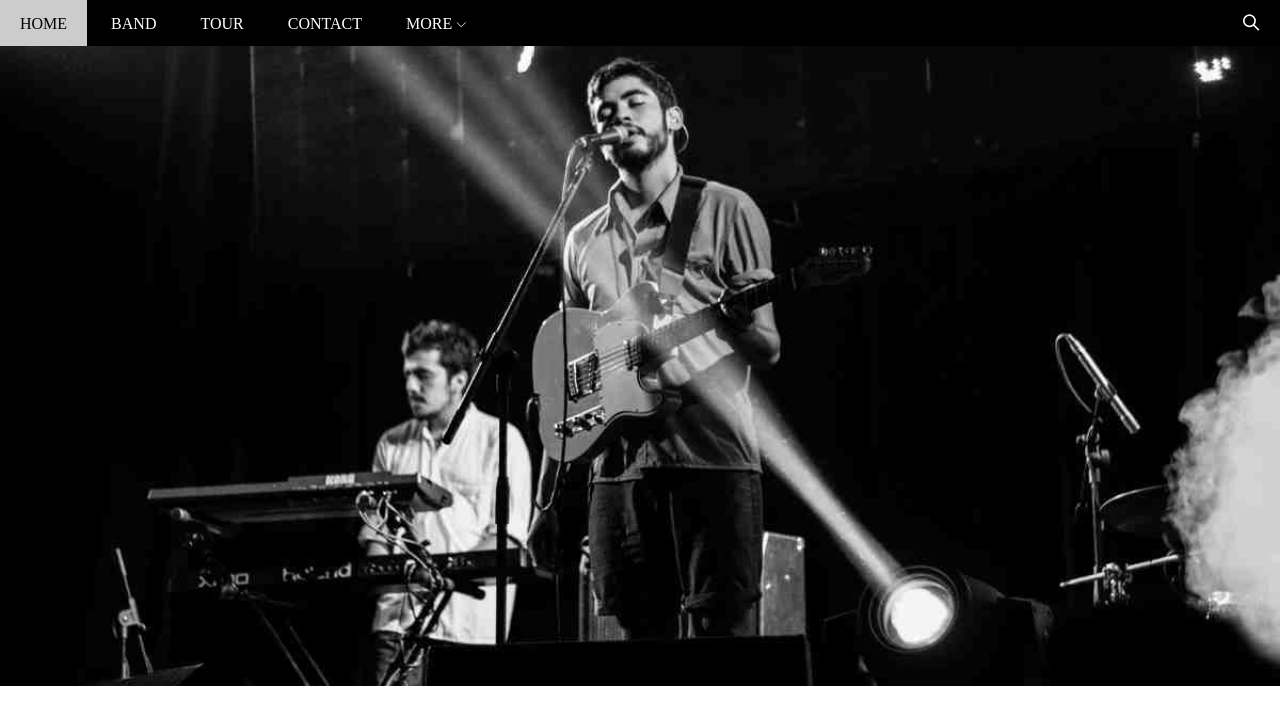
Repository: Dino0411/Dino0411.github.io
Page: index.html
An editor plug-in stored every save of this project. The page is shown before and after the next save, followed by the edit.
The browser window is 1280 px wide. The pictures show the whole page.

Above is the page before, as saved 2021-10-04 00:01:00.

### index.html
<!DOCTYPE html>
<html lang="en">
<head>
    <meta charset="UTF-8">
    <meta http-equiv="X-UA-Compatible" content="IE=edge">
    <meta name="viewport" content="width=device-width, initial-scale=1.0">
    <link rel="stylesheet" href="./assets/css/style.css">
    <link rel="stylesheet" href="./assets/fonts/themify-icons/themify-icons.css">
    <title>Document</title>
</head>
<body>
    <div id="main">
        <!-- TODO:header -->
        <div id="header">
            <!-- TODO:begin nav -->
            <ul id="nav">
                <li><a href="">Home</a></li>
                <li><a href="">Band</a></li>
                <li><a href="">Tour</a></li>
                <li><a href="">Contact</a></li>
                <li>
                    <a href="">
                        More
                        <i class="nav-arrow-down ti-angle-down"></i>
                    </a>
                    <ul class="subnav">
                        <li><a href="">Merchandise</a></li>
                        <li><a href="">Extras</a></li>
                        <li><a href="">Media</a></li>
                    </ul>
                </li>
            </ul>
            <!-- TODO:end nav -->

            <!-- TODO:begin search -->
            <div class="search-bth">
                <i class="search-icon  ti-search"></i>
            </div>
            <!-- TODO:end search -->
        </div>
        <!-- TODO:slider -->
        <div id="slider">

        </div>
        <!-- TODO:content -->
        <div id="content">

        </div>
        <!-- TODO:footer -->
        <div id="footer">

        </div>
    </div>
</body>
</html>

### assets/css/style.css
/* ! reser css
    ! Emmet(p0;m0)
*/
* {
  margin: 0;
  padding: 0;
  box-sizing: border-box;
}

html {
  font-family: cursive;
}
/* TODO:start
TODO: từ ngoài vào trong
TODO: từ trên xuống dưới
TODO:tổng quan đến chi tiết
*/

/*
? vị trí
? kích thước(width,height)
? màu sắc
? kiểu dáng(kiểu chữ,...)
*/
#main {
}
#header {
  position: fixed;
  top: 0;
  left: 0;
  right: 0;
  height: 47px;
  background-color: #000;
}
#nav {
  display: inline-block;
}
#nav,
.subnav {
  list-style: none;
}
#nav > li {
  display: inline-block;
  position: relative;
}
#nav > li > a {
  color: #fff;
  text-transform: uppercase;
}
#nav li a {
  text-decoration: none;
  padding: 0px 20px;
  line-height: 47px;
}
#nav li:hover .subnav {
  display: block;
}
#nav > li:hover > a,
#nav .subnav a:hover {
  color: #000;
  background-color: #ccc;
  display: block;
}
#nav .subnav {
  display: none;
  position: absolute;
  top: 100%;
  left: 0;
  min-width: 160px;
  background-color: #fff;
  box-shadow: rgba(100, 100, 111, 0.5) 0px 7px 29px 0px;
}
#nav .subnav a {
  color: #000;
  padding: 0 12px;
  line-height: 40px;
}
#nav .nav-arrow-down {
  font-size: 10px;
}
#header .search-bth {
  float: right;
  padding: 0 21px;
}
#header .search-bth:hover {
  background-color: #f44336;
}
#header .search-icon {
  color: #fff;
  font-size: 16px;
  line-height: 46px;
  font-weight: 1000;
}
#slider {
  position: relative;
  margin-top: 46px;
  padding-top: 50%;
  background: url("/assets/img/slider/slider1.jpg") top center / cover no-repeat;
}
#content {
}
#footer {
}

Loaded but not shown: assets/fonts/themify-icons/themify-icons.css (common file)

After the next save:
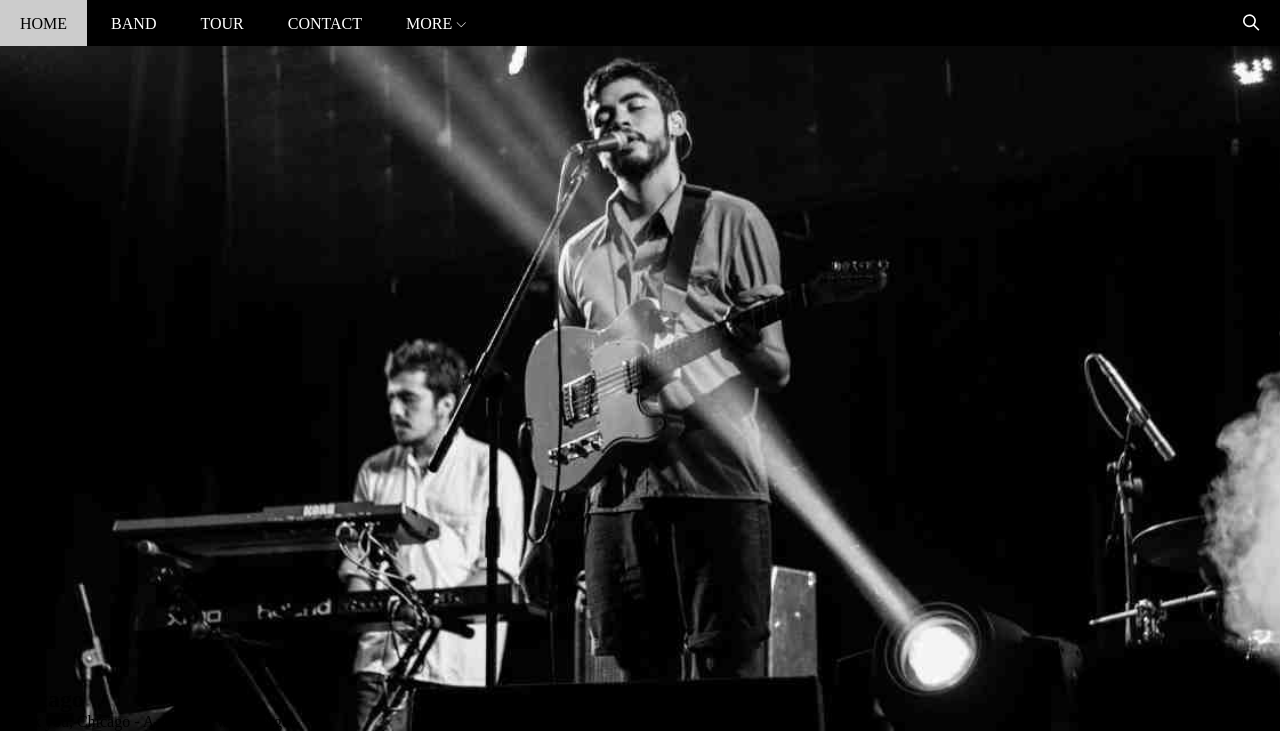
Saved 92 s later.
--- a/index.html
+++ b/index.html
@@ -40,7 +40,10 @@
         </div>
         <!-- TODO:slider -->
         <div id="slider">
-
+            <div class="text-content">
+                <h2 class="text-heading">Chicago</h2>
+                <div class="text-description">Thank you, Chicago - A night we won't forget.</div>
+            </div>
         </div>
         <!-- TODO:content -->
         <div id="content">
